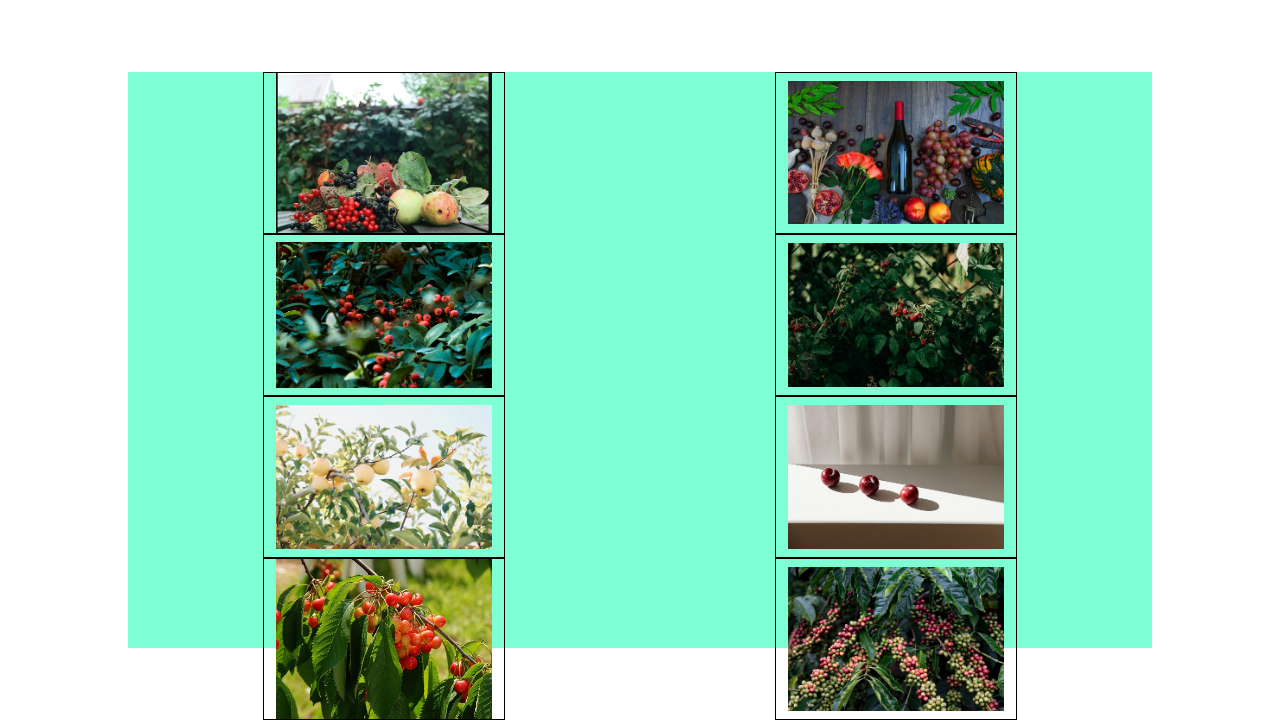
Repository: lidkaa/devTasks
Page: 0. Zadania Testowe/zadania/FlexboxCentered.html
An editor plug-in stored every save of this project. The page is shown before and after the next save, followed by the edit.
The browser window is 1280 px wide. The pictures show the whole page.

Above is the page before, as saved 2022-02-02 08:21:37.

After the next save:
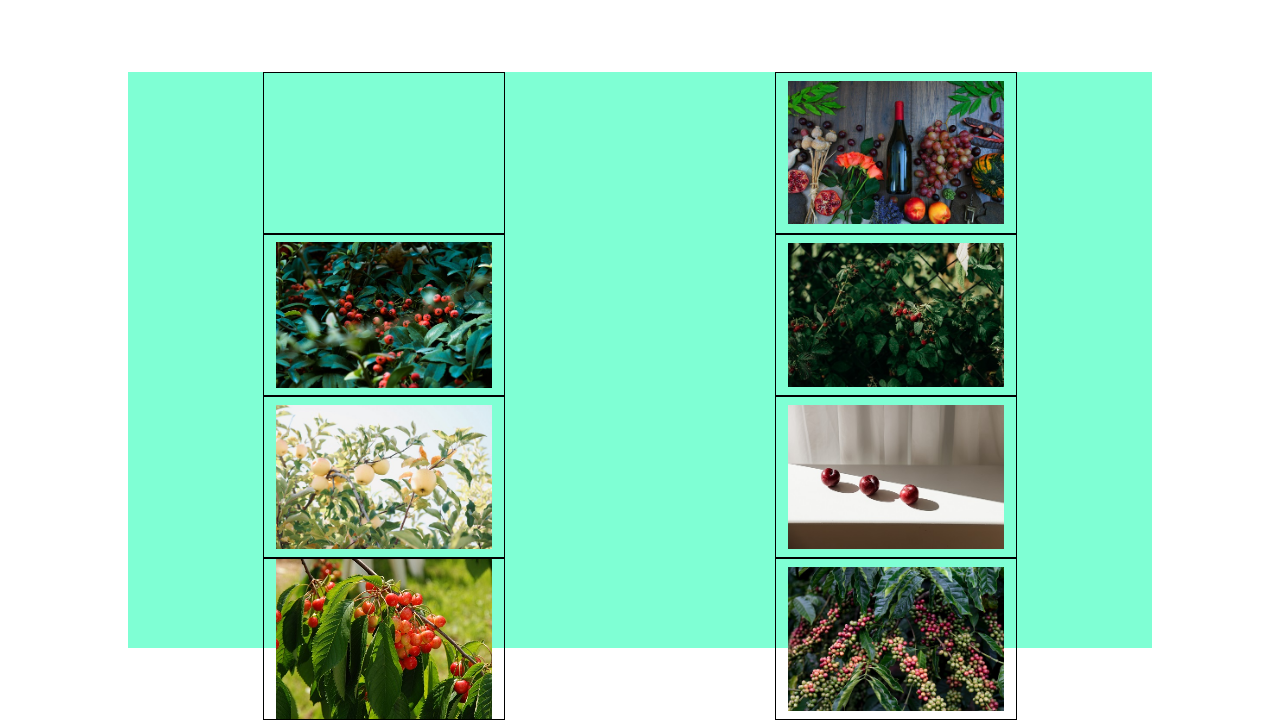
Saved 15 s later.
--- a/0. Zadania Testowe/zadania/flexboxcentered.css
+++ b/0. Zadania Testowe/zadania/flexboxcentered.css
@@ -31,11 +31,11 @@
     border: 1px solid black;
     margin: 0 90px;
     overflow: hidden;
-    transition: .5s ;
+    /* transition: .5s ; */
 }
 
 .cell:nth-child(1) {
-    background-image: url('./pexel/pexel1.jpg');
+    /* background-image: url('./pexel/pexel1.jpg'); */
     background-position: center;
     background-size: 90%;
     background-repeat: no-repeat;
